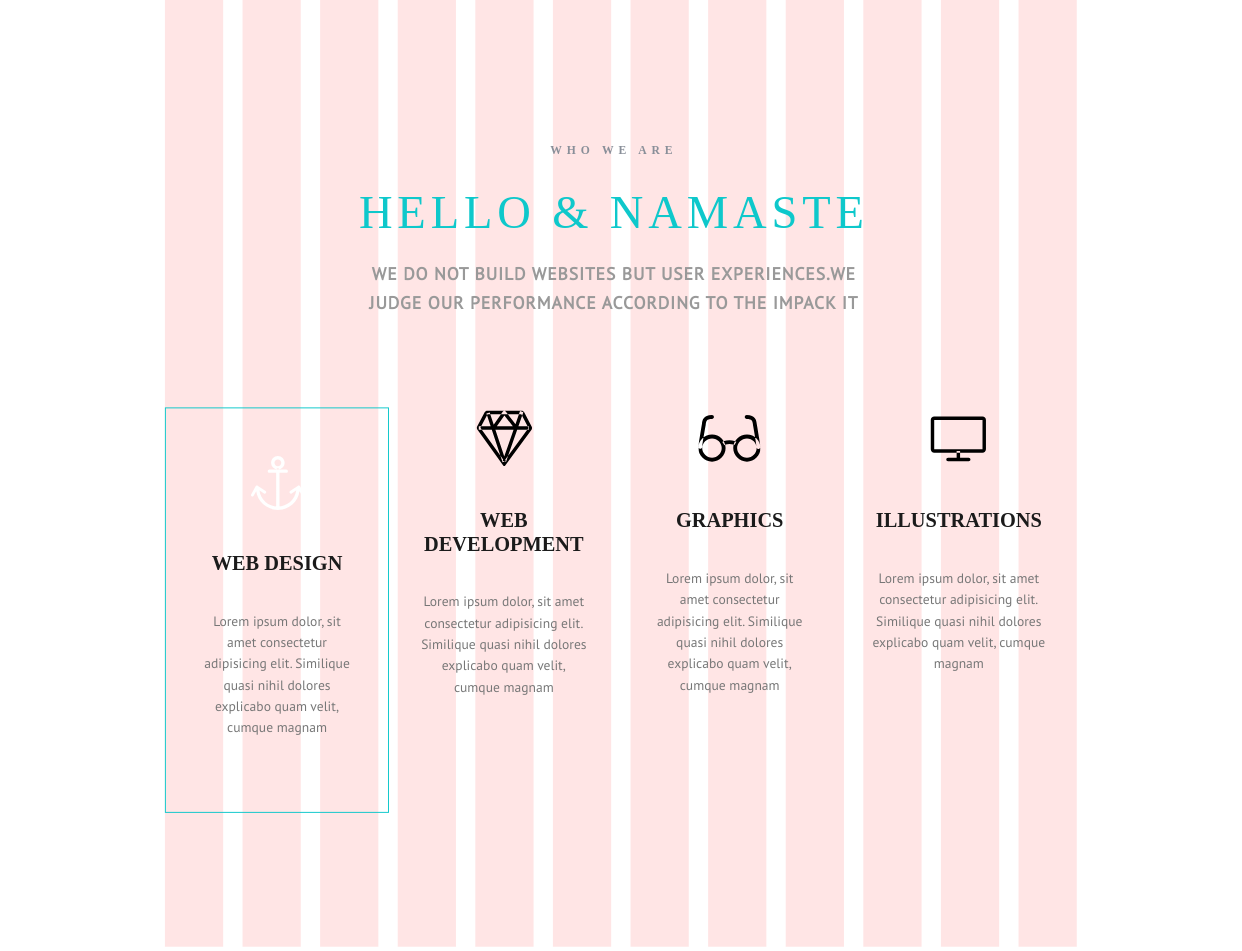
Repository: shpakovskaya/github.io
Page: boxsizing/namastegreen/index.html
The author's editor kept a copy of each file at every save. The page is drawn from the files as they stood at one save, then again after the next save.
The browser window is 1280 px wide. The pictures show the whole page, at 97% of full size.
The pointer rests on the first visible `.c-wrapper__anchor`.

Above is the page before, as saved 2021-11-24 18:44:10.

### boxsizing/namastegreen/index.html
<!DOCTYPE html>
<html lang="en">
  <head>
    <meta charset="UTF-8" />
    <meta http-equiv="X-UA-Compatible" content="IE=edge" />
    <meta name="viewport" content="width=device-width, initial-scale=1.0" />
    <title>namaste_green</title>
    <link
      rel="stylesheet"
      href="https://cdnjs.cloudflare.com/ajax/libs/normalize/8.0.1/normalize.min.css"
      integrity="sha512-NhSC1YmyruXifcj/KFRWoC561YpHpc5Jtzgvbuzx5VozKpWvQ+4nXhPdFgmx8xqexRcpAglTj9sIBWINXa8x5w=="
      crossorigin="anonymous"
      referrerpolicy="no-referrer"
    />
    <link
      rel="shortcut icon"
      href="./free-icon-sahasrara-5937794.ico"
      type="image/x-icon"
    />
    <!-- Fonts -->
    <link rel="stylesheet" href="./montserrat/Montserrat-Regular.ttf" />
    <link rel="stylesheet" href="./montserrat/Montserrat-Bold.ttf" />
    <link rel="preconnect" href="https://fonts.googleapis.com" />
    <link rel="preconnect" href="https://fonts.gstatic.com" crossorigin />
    <link
      href="https://fonts.googleapis.com/css2?family=PT+Sans&display=swap"
      rel="stylesheet"
    />
    <link rel="stylesheet" href="./style.css" />
  </head>
  <body>
    <!-- Background -->
    <div class="conteiner">
      <img
        src="./img/1b0eb2e9-f134-46c9-915e-629d914347aa (1).png"
        alt="background"
      />
      <!-- Header -->
      <header class="header conteiner">
        <header class="header__wrapper">
          <h5 class="e-header__one">WHO WE ARE</h5>
          <h2 class="e-header__two">HELLO & NAMASTE</h2>
          <h4 class="e-header__three">
            WE DO NOT BUILD WEBSITES BUT USER EXPERIENCES.WE
            <br />JUDGE OUR PERFORMANCE ACCORDING TO THE IMPACK IT
          </h4>
        </header>
      </header>
      <!-- Main content -->
      <div class="wrapper">
        <!-- Anchor item -->
        <div class="c-wrapper__anchor">
          <div class="e-wrapper__anchor">
            <svg
              version="1.2"
              baseprofile="tiny-ps"
              xmlns="http://www.w3.org/2000/svg"
              viewbox="0 0 69 74"
              width="64"
              height="64"
            >
              <path
                id="Anchor"
                class="shp0"
                d="M35 70.19C21.76 70.19 10.62 60.29 9.08 47.16C8.95 46.06 9.73 45.07 10.83 44.94C11.92 44.8 12.92 45.59 13.05 46.69C14.35 57.81 23.79 66.19 35 66.19C46.19 66.19 55.63 57.82 56.95 46.73C57.08 45.63 58.07 44.84 59.17 44.98C60.27 45.11 61.06 46.1 60.92 47.2C59.36 60.31 48.22 70.19 35 70.19ZM35 69.68C33.89 69.68 33 68.79 33 67.68L33 22.56C33 21.45 33.89 20.56 35 20.56C36.1 20.56 37 21.45 37 22.56L37 67.68C37 68.79 36.1 69.68 35 69.68ZM35.03 9.94C37.27 9.94 39.09 11.76 39.09 14C39.09 16.24 37.27 18.06 35.03 18.06C32.79 18.06 30.97 16.24 30.97 14C30.97 11.76 32.79 9.94 35.03 9.94M35.03 5.94C30.58 5.94 26.97 9.55 26.97 14C26.97 18.45 30.58 22.06 35.03 22.06C39.48 22.06 43.09 18.45 43.09 14C43.09 9.55 39.48 5.94 35.03 5.94L35.03 5.94ZM59.4 45.16L51.49 50.54C50.81 50.97 49.89 50.95 49.48 50.25L49.07 49.8C48.67 49.1 48.89 48.18 49.57 47.74L58.67 41.6C58.68 41.59 58.69 41.58 58.7 41.57L59.32 41.17C59.66 40.95 60.05 40.9 60.4 40.99C60.76 41.07 61.09 41.3 61.29 41.65L61.66 42.28C61.67 42.3 61.66 42.31 61.67 42.32L66.81 51.78C67.22 52.48 67 53.39 66.32 53.83L65.75 54.05C65.07 54.48 64.23 54.09 63.82 53.39L59.4 45.16ZM6.18 53.39C5.77 54.09 4.93 54.48 4.25 54.05L3.68 53.83C3 53.39 2.78 52.48 3.19 51.78L8.33 42.32C8.34 42.31 8.33 42.3 8.34 42.28L8.71 41.65C8.91 41.3 9.24 41.07 9.6 40.99C9.95 40.9 10.34 40.95 10.68 41.17L11.3 41.57C11.31 41.58 11.32 41.59 11.33 41.6L20.43 47.74C21.11 48.18 21.33 49.1 20.93 49.8L20.52 50.25C20.11 50.95 19.19 50.97 18.51 50.54L10.6 45.16L6.18 53.39ZM25 22L45 22C46.1 22 47 22.89 47 24C47 25.1 46.1 26 45 26L25 26C23.9 26 23 25.1 23 24C23 22.89 23.9 22 25 22Z"
              />
            </svg>
          </div>
          <div class="title">
            <h4 class="title__anchor">WEB DESIGN</h4>
          </div>
          <div class="text__anchor">
            <span
              >Lorem ipsum dolor, sit amet consectetur adipisicing elit.
              Similique quasi nihil dolores explicabo quam velit, cumque magnam
            </span>
          </div>
        </div>
        <!-- Diamond item -->
        <div class="c-wrapper__diamond">
          <div class="e-wrapper__diamond">
            <svg
              version="1.2"
              baseprofile="tiny-ps"
              xmlns="http://www.w3.org/2000/svg"
              viewbox="0 0 74 72"
              width="66"
              height="64"
            >
              <path
                id="Diamond"
                class="shp0"
                d="M57.75 7.98L66.06 23.88L37.94 62.17L10.27 23.59L18.57 7.98L57.75 7.98M58.17 3.98L18.17 3.98C17.07 3.98 15.74 4.77 15.23 5.75L6.51 22.14C5.99 23.11 6.09 24.63 6.73 25.53L36.74 67.35C37.06 67.8 37.49 68.03 37.91 68.03C38.34 68.03 38.76 67.81 39.09 67.36L69.58 25.85C70.23 24.96 70.35 23.44 69.84 22.47L61.09 5.75C60.58 4.78 59.27 3.98 58.17 3.98L58.17 3.98ZM66.42 25.98L8.42 25.98L8.42 21.98L66.42 21.98L66.42 25.98ZM36.02 63.61L17.27 7.11L21.06 5.85L39.81 62.35L36.02 63.61ZM39.96 63.18L36.18 61.86L56.28 4.32L60.06 5.64L39.96 63.18ZM27.14 25.12L23.86 22.83L36.39 4.83C36.76 4.31 37.35 3.99 37.98 3.97C38.59 3.98 39.22 4.24 39.61 4.75L53.08 22.08L49.92 24.54L38.12 9.35L27.14 25.12Z"
              />
            </svg>
          </div>
          <div class="title">
            <h4 class="title__diamond">WEB DEVELOPMENT</h4>
          </div>
          <div class="text__diamond">
            <span
              >Lorem ipsum dolor, sit amet consectetur adipisicing elit.
              Similique quasi nihil dolores explicabo quam velit, cumque magnam
            </span>
          </div>
        </div>
        <!-- Eyeglasses item -->
        <div class="c-wrapper__eyeglasses">
          <div class="e-wrapper__eyeglasses">
            <svg
              version="1.2"
              baseprofile="tiny-ps"
              xmlns="http://www.w3.org/2000/svg"
              viewbox="0 0 64 48"
              width="64"
              height="64"
            >
              <path
                id="Eyeglasses"
                class="shp0"
                d="M1.91 34.69C1.86 34.69 1.81 34.69 1.77 34.69C0.66 34.61 -0.17 33.65 -0.09 32.55C-0.03 31.68 3.03 12.72 3.54 9.66C3.59 9.37 3.62 9.06 3.67 8.73C4.06 5.65 4.79 -0.06 14.01 -0.06C15.12 -0.06 16.01 0.83 16.01 1.94C16.01 3.04 15.12 3.94 14.01 3.94C8.31 3.94 8.01 6.28 7.63 9.24C7.59 9.62 7.54 9.98 7.48 10.32C7.09 12.7 4.32 26.99 3.9 32.83C3.83 33.89 2.95 34.69 1.91 34.69ZM62.09 34.82C61.05 34.82 59.97 34.01 59.9 32.96C59.48 27.12 56.71 12.7 56.32 10.32C56.26 9.98 56.21 9.62 56.17 9.24C55.79 6.28 55.49 3.94 49.79 3.94C48.69 3.94 47.79 3.04 47.79 1.94C47.79 0.83 48.69 -0.06 49.79 -0.06C59.01 -0.06 59.74 5.65 60.13 8.73C60.18 9.06 60.21 9.37 60.26 9.66C60.77 12.72 64.03 31.81 64.09 32.67C64.17 33.78 63.34 34.73 62.23 34.81C62.19 34.82 62.14 34.82 62.09 34.82ZM14.08 24.02C19.58 24.02 24.04 28.48 24.04 33.98C24.04 39.47 19.58 43.94 14.08 43.94C8.57 43.94 3.92 39.38 3.92 33.98C3.92 28.58 8.57 24.02 14.08 24.02M14.08 20.02C6.37 20.02 -0.08 26.27 -0.08 33.98C-0.08 41.69 6.37 47.94 14.08 47.94C21.79 47.94 28.04 41.69 28.04 33.98C28.04 26.27 21.79 20.02 14.08 20.02L14.08 20.02ZM50.08 24.02C55.57 24.02 60.04 28.48 60.04 33.98C60.04 39.47 55.57 43.94 50.08 43.94C44.57 43.94 39.91 39.38 39.91 33.98C39.91 28.58 44.57 24.02 50.08 24.02M50.08 20.02C42.37 20.02 35.91 26.27 35.91 33.98C35.91 41.69 42.37 47.94 50.08 47.94C57.79 47.94 64.04 41.69 64.04 33.98C64.04 26.27 57.79 20.02 50.08 20.02L50.08 20.02ZM26.87 30.96L24.69 27.6C24.97 27.42 27.51 25.83 31.98 25.83C36.25 25.83 38.86 27.23 39.15 27.39L37.18 30.88C37.18 30.88 35.21 29.83 31.98 29.83C28.71 29.83 26.89 30.94 26.87 30.96Z"
              />
            </svg>
          </div>
          <div class="title">
            <h4 class="title__eyeglasses">GRAPHICS</h4>
          </div>
          <div class="text__eyeglasses">
            <span
              >Lorem ipsum dolor, sit amet consectetur adipisicing elit.
              Similique quasi nihil dolores explicabo quam velit, cumque magnam
            </span>
          </div>
        </div>
        <!-- Monitor item -->
        <div class="c-wrapper__monitor">
          <div class="e-wrapper__monitor">
            <svg
              version="1.2"
              baseprofile="tiny-ps"
              xmlns="http://www.w3.org/2000/svg"
              viewbox="0 0 72 65"
              width="64"
              height="64"
            >
              <path
                id="Monitor"
                class="shp0"
                d="M64 10.98L64 44.99L8 44.99L8 10.98L64 10.98M64 6.98L8 6.98C5.8 6.98 4 8.78 4 10.98L4 44.99C4 47.19 5.8 48.99 8 48.99L64 48.99C66.2 48.99 68 47.19 68 44.99L68 10.98C68 8.78 66.2 6.98 64 6.98L64 6.98ZM38 47L38 55L48 55C49.1 55 50 55.9 50 57C50 58.1 49.1 59 48 59L24 59C22.9 59 22 58.1 22 57C22 55.9 22.9 55 24 55L34 55L34 47L38 47Z"
              />
            </svg>
          </div>
          <div class="title">
            <h4 class="title__monitor">ILLUSTRATIONS</h4>
          </div>
          <div class="text__monitor">
            <span
              >Lorem ipsum dolor, sit amet consectetur adipisicing elit.
              Similique quasi nihil dolores explicabo quam velit, cumque magnam
            </span>
          </div>
        </div>
      </div>
    </div>
  </body>
</html>

### boxsizing/namastegreen/style.css
* {
  margin: 0;
  padding: 0;
  box-sizing: border-box;
}

.conteiner {
  max-width: 1280px;
  max-height: 976px;
  position: relative;
}

/* Header */
.header {
  position: absolute;
  top: 0px;
  left: 370px;
}

.header__wrapper {
  margin-top: 140px;
  text-align: center;
  line-height: 30px;
  /* display: flex;
  flex-direction: column; */
  /* justify-content: center; */
}
.e-header__one {
  font-size: 12px;
  font-family: "Montserrat";

  color: #898f99;
  letter-spacing: 5px;
  margin-bottom: 34px;
}

.e-header__two {
  font-size: 48px;
  font-family: "Montserrat";
  color: #0ec8cb;
  margin-bottom: 34px;
  letter-spacing: 5px;
  font-weight: 400;
}

.e-header__three {
  font-size: 18px;
  letter-spacing: 1px;
  color: #999999;
  font-family: "PT Sans";
}

/* Items */
.wrapper {
  position: absolute;
  top: 420px;
  left: 170px;
  display: flex;
  flex-direction: row;
  text-align: center;
  max-width: 940px;
  min-height: 418px;
}

.c-wrapper__anchor {
  display: inline-block;
  align-content: center;
  border: 1px solid #0ec8cb;
}

/* Title */
.title {
  color: #1b1b1b;
  margin: 36px;
  font-size: 21px;
  font-family: "Montserrat";
}

/* Text */
.text__diamond,
.text__anchor,
.text__eyeglasses,
.text__monitor {
  margin: 32px;
  color: #777777;
  font-size: 14px;
  line-height: 22px;
  font-family: "PT Sans";
  font-weight: 400;
}

/* Items hover */

#Eyeglasses:hover {
  fill: white;
}
#Monitor:hover {
  fill: white;
}

#Diamond:hover {
  fill: white;
}

.c-wrapper__anchor:hover {
  background: rgba(14, 200, 203, 0.5)
  color: white;
  fill: white;
}

After the next save:
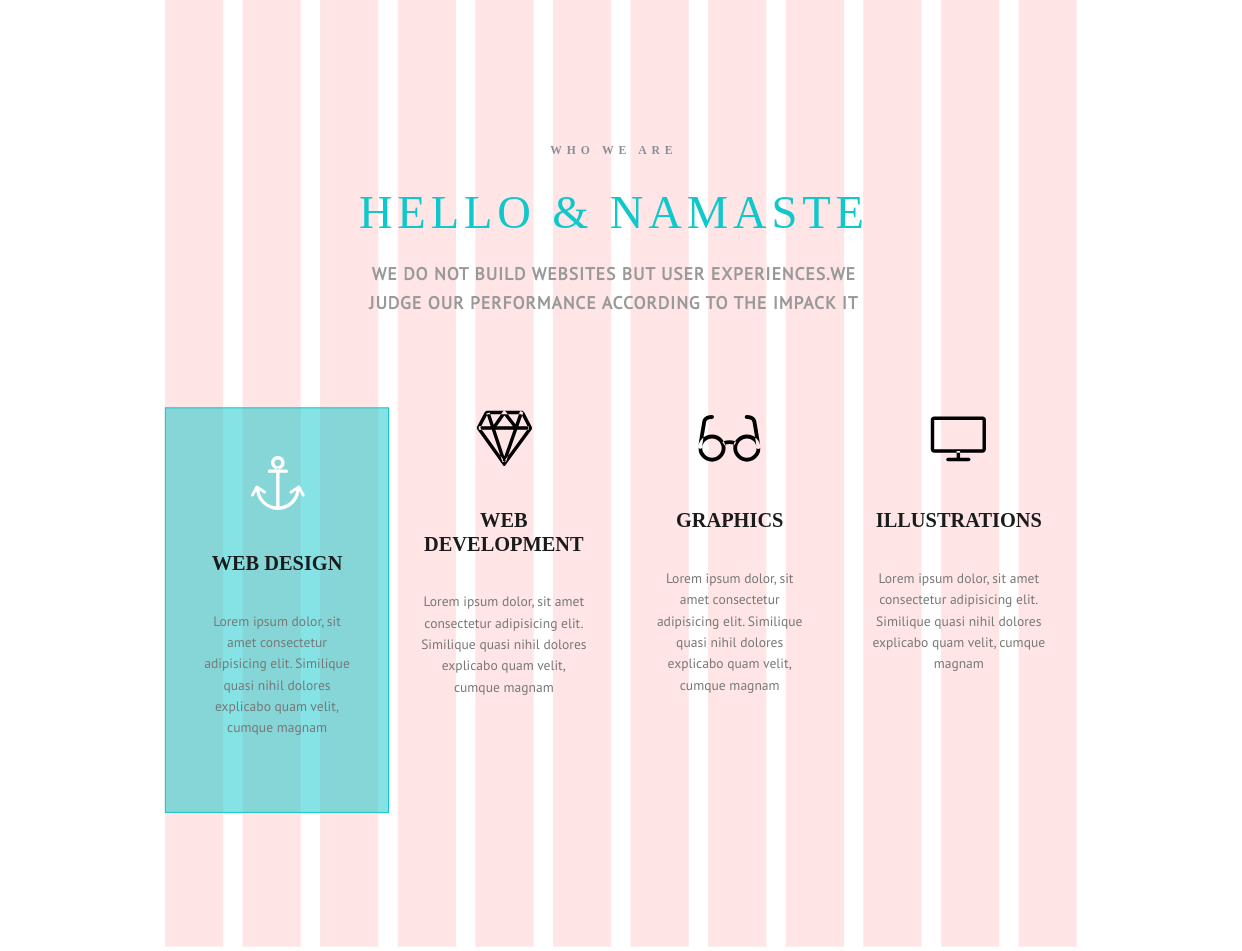
Saved 38 s later.
--- a/boxsizing/namastegreen/style.css
+++ b/boxsizing/namastegreen/style.css
@@ -103,7 +103,7 @@
 }
 
 .c-wrapper__anchor:hover {
-  background: rgba(14, 200, 203, 0.5)
+  background: rgba(14, 200, 203, 0.5);
   color: white;
   fill: white;
 }
